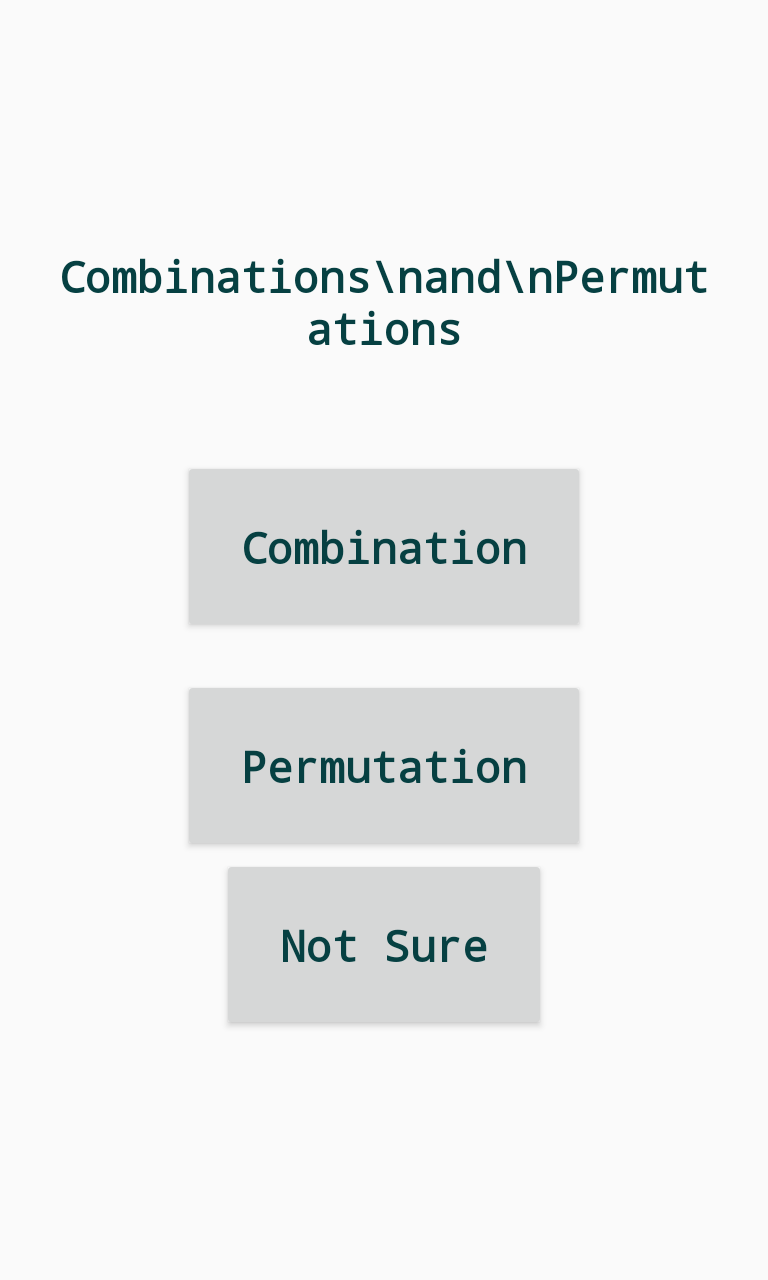
Repository: rontejada1991/Combinations-and-Permutations-Android-App
Layout: combinations/res/layout/activity_main.xml
The author's editor kept a copy of each file at every save. The layout is drawn from the files as they stood at one save, then again after the next save.
It is drawn on a 768 x 1280 px phone screen (xhdpi) without system bars, with theme AppTheme; the app's code is not run.

Above is the layout before, as saved 2014-11-07 20:05:19.

After the next save:
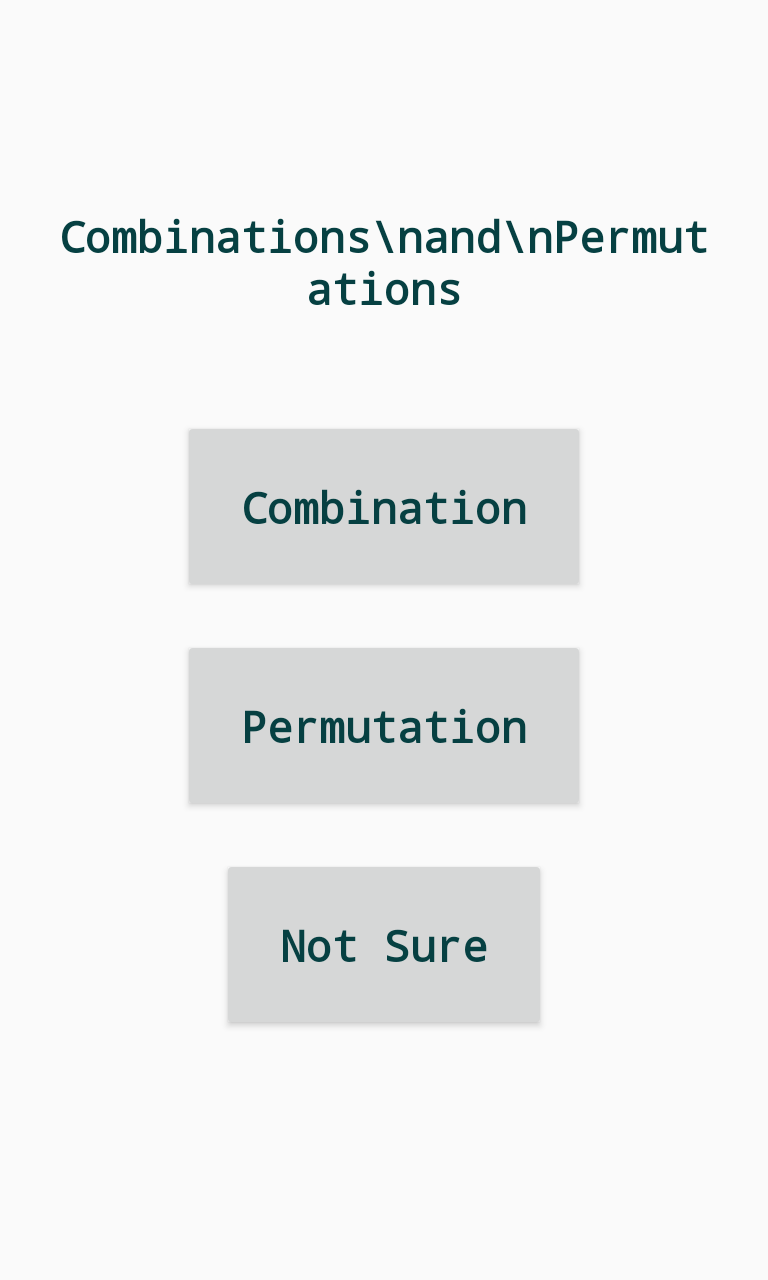
Saved 11 s later.
--- a/combinations/res/layout/activity_main.xml
+++ b/combinations/res/layout/activity_main.xml
@@ -27,6 +27,7 @@
         style="@style/CodeFont"
         android:text="Permutation"
         android:padding="30dp"
+        android:layout_marginBottom="20dp"
         android:onClick="onBeginPressed" />
 
      <Button
@@ -34,6 +35,7 @@
         style="@style/CodeFont"
         android:text="Not Sure"
         android:padding="30dp"
+        android:layout_marginBottom="20dp"
         android:onClick="onBeginPressed" />
 
 
